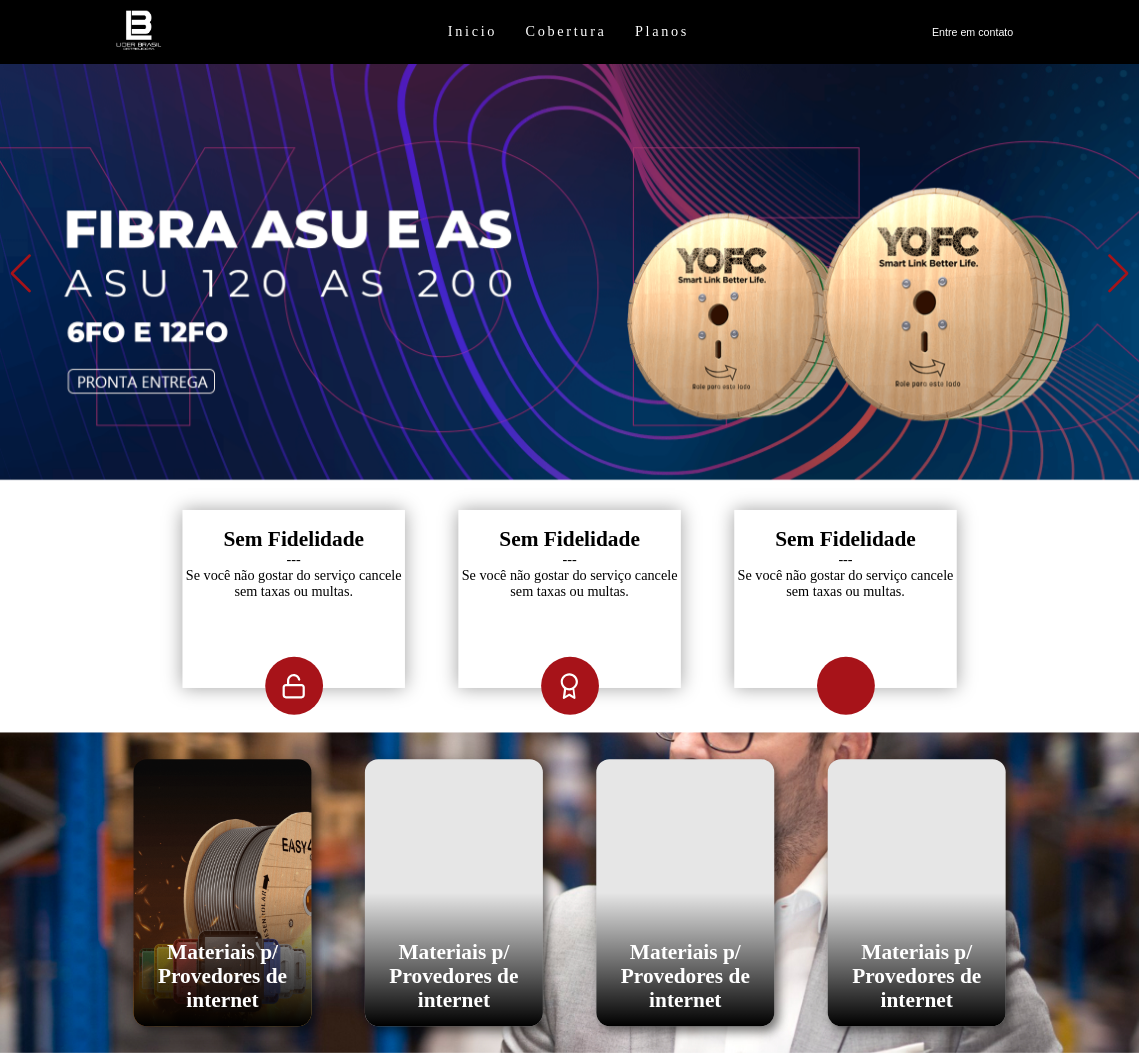
Repository: mateus-henrique-silva/Novo_institucional_lider
Page: index.html
An editor plug-in stored every save of this project. The page is shown before and after the next save, followed by the edit.
The browser window is 1280 px wide. The pictures show the whole page, at 89% of full size.
Backgrounds fixed to the window are drawn as part of the page. Some web fonts or font styles are not loaded; a fallback is used.

Above is the page before, as saved 2022-09-06 10:34:43.
Console error: SyntaxError: Identifier 'MobileNavbar' has already been declared

After the next save:
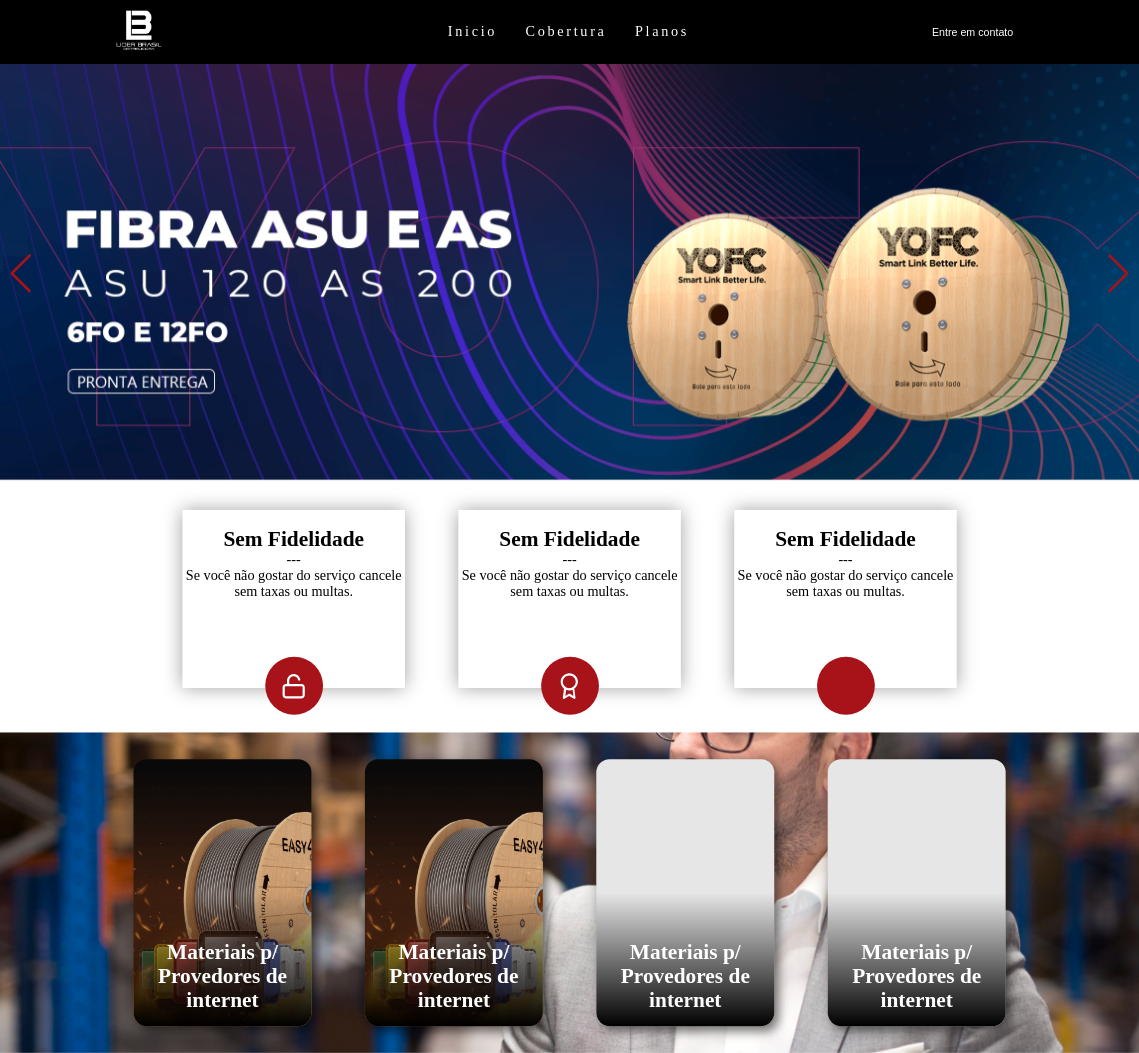
Saved 4 s later.
--- a/src/CSS/Main/Products/style.css
+++ b/src/CSS/Main/Products/style.css
@@ -115,7 +115,7 @@
   background-size: 100%!important;
 }
 
-#products-one{
+#products-two{
   background: url("../../../Assets/img/Background/products/db.png")
   no-repeat center!important;
   background-size: 100%!important;
